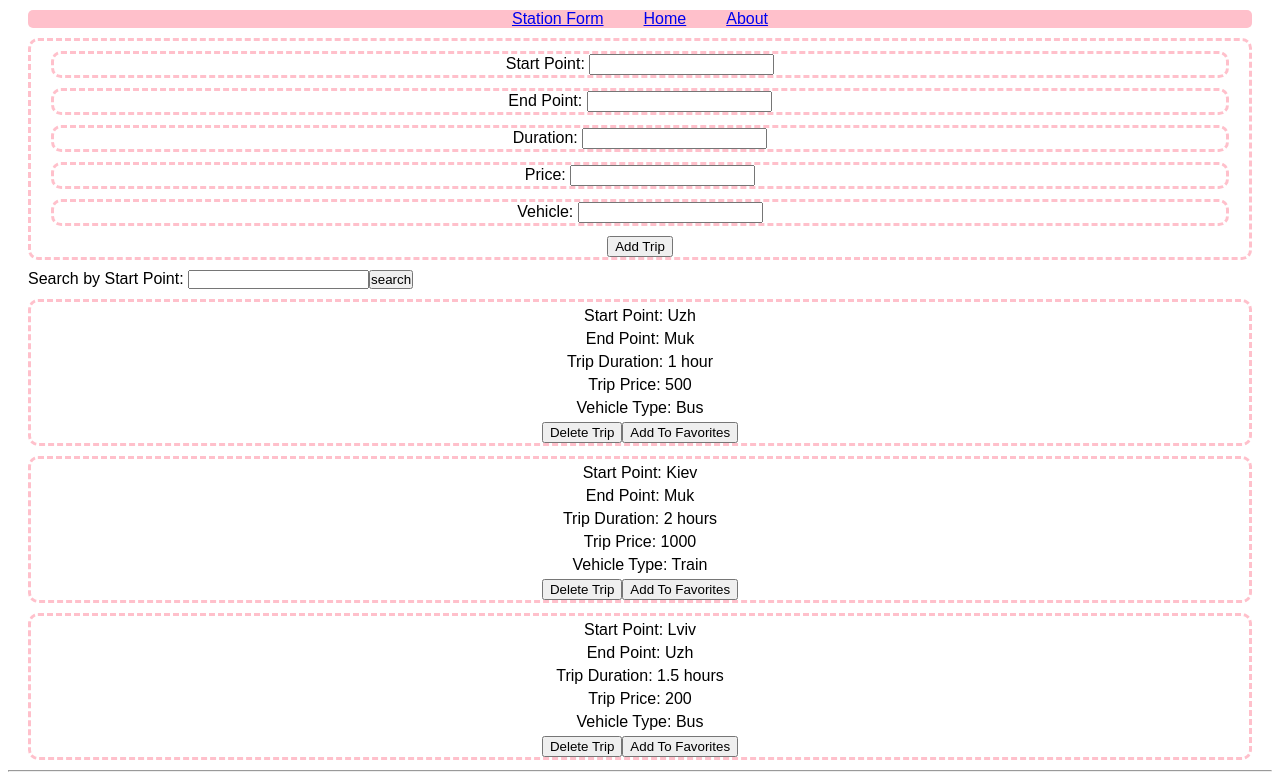
Repository: rutsguifd/mkr2
Page: /#/station-form
These files come from the project's save history. The page is drawn as it stood at one moment and after the next save; the edit follows.
The browser window is 1280 px wide. The pictures show the whole page.
The project was rebuilt for these pictures with package versions that can differ from the ones it lists, and the page was loaded fresh each time. Also part of the build but not shown: src/views/Home.vue, src/views/About.vue, src/components/FavoriteTrips.vue.

Above is the page before, as saved 2021-12-22 00:19:16.

After the next save:
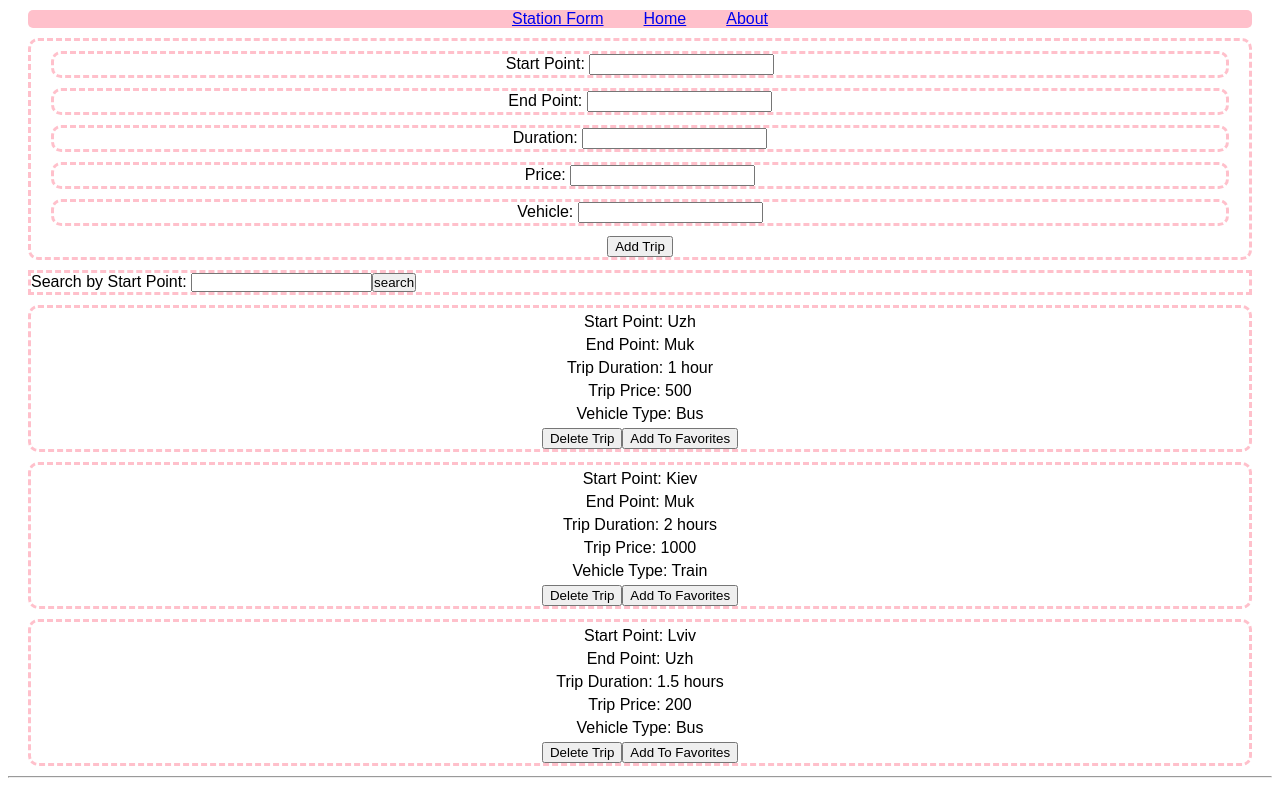
Saved 13 s later.
--- a/src/views/StationForm.vue
+++ b/src/views/StationForm.vue
@@ -62,5 +62,6 @@ export default {
 }
 .search{
     margin: 10px 20px;
+    border: 3px dashed pink;
 }
 </style>
